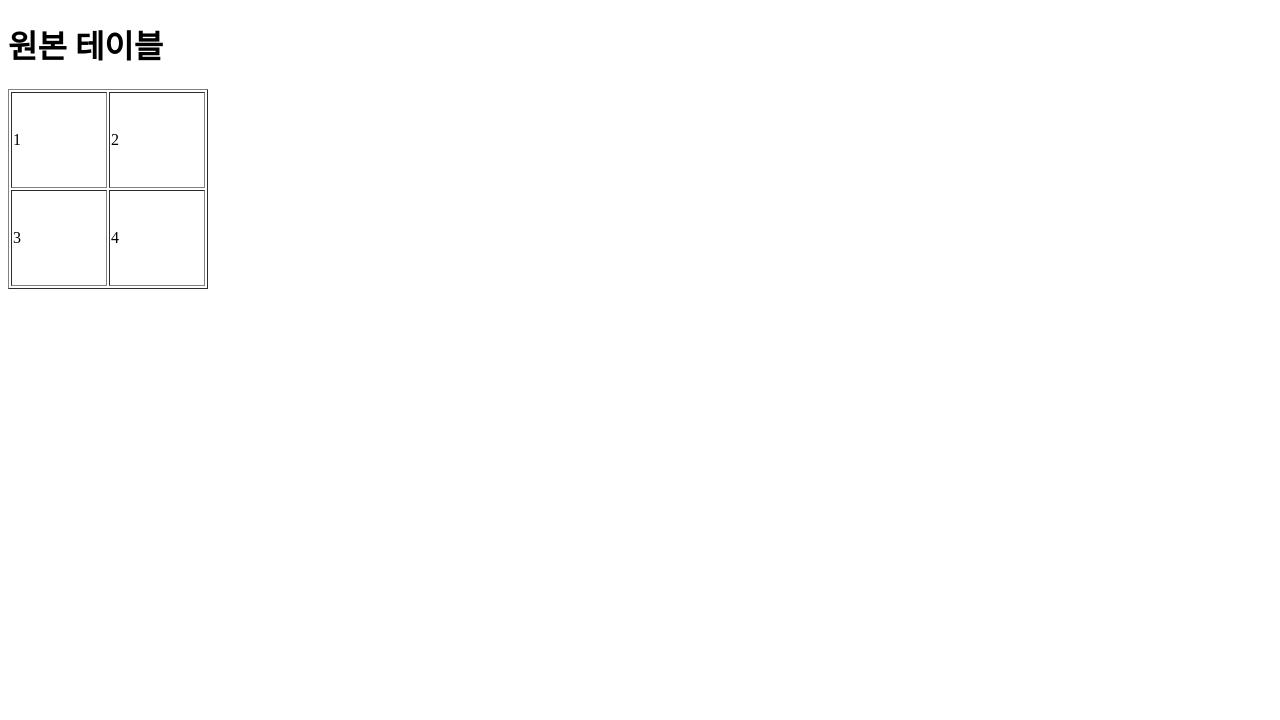
Repository: seula123/Front-End
Page: ClientTest/src/main/webapp/html/ex17_table.html
The author's editor kept a copy of each file at every save. The page is drawn from the files as they stood at one save, then again after the next save.
The browser window is 1280 px wide. The pictures show the whole page.

Above is the page before, as saved 2023-09-21 01:22:14.

### ClientTest/src/main/webapp/html/ex17_table.html
<!DOCTYPE html>
<html>
<head>
<meta charset="UTF-8">
<title>Insert title here</title>
</head>
<body>

		<!-- ex17_table.html  -->



		<!--

			셀병합
			1. 가로 셀병합
			2. 세로 셀병합



		-->

		<h1> 원본 테이블 </h1>

		<table border width = "200" height ="200">
			<tr>
				<td>1</td>
				<td>2</td>
			</tr>
			<tr>
				<td>3</td>
				<td>4</td>
			</tr>
		</table>

</body>
</html>

After the next save:
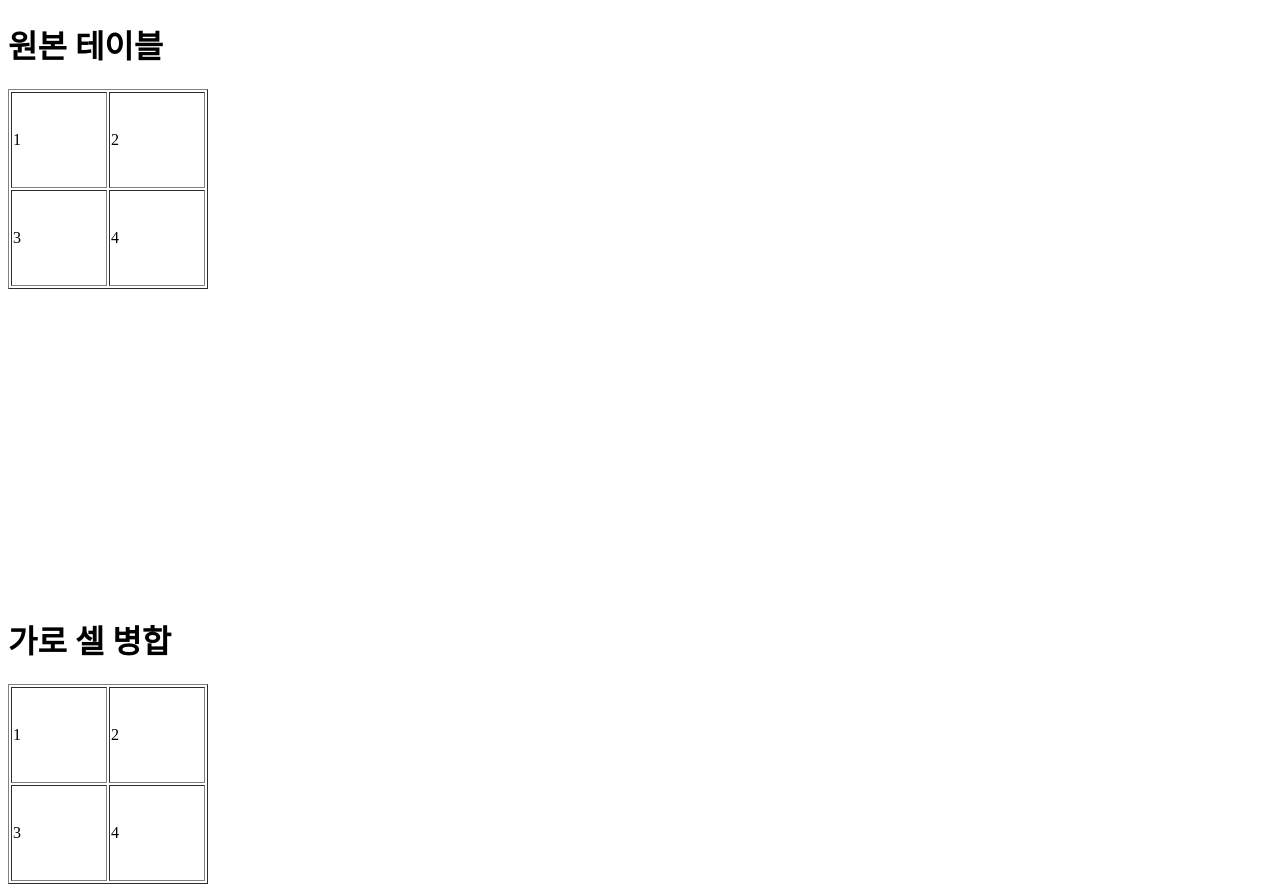
Saved 74 s later.
--- a/ClientTest/src/main/webapp/html/ex17_table.html
+++ b/ClientTest/src/main/webapp/html/ex17_table.html
@@ -33,5 +33,30 @@
 			</tr>
 		</table>
 
+
+
+		<br><br><br><br><br><br><br><br><br><br><br><br><br><br><br><br><br>
+
+
+
+		<h1> 가로 셀 병합 </h1>
+
+		<table border width = "200" height ="200">
+			<tr>
+				<td colspan = "1">1</td>
+				<td>2</td>
+			</tr>
+			<tr>
+				<td>3</td>
+				<td>4</td>
+			</tr>
+		</table>
+
+
+
+
+
+
+
 </body>
 </html>
